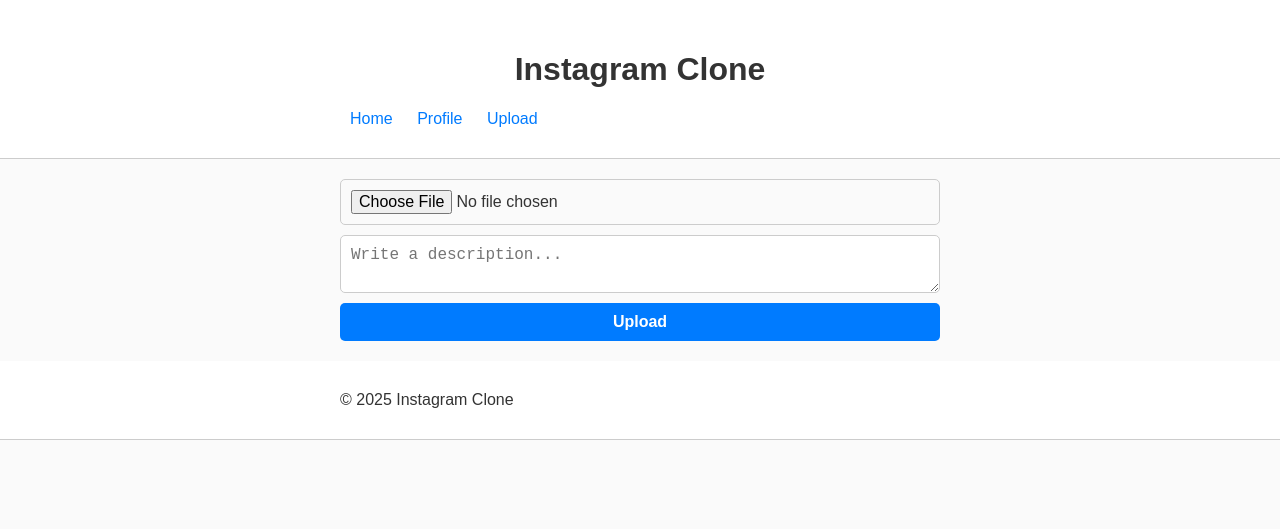
Repository: burhannaseer/CloudClips
Page: upload.html
These files come from the project's save history. The page is drawn as it stood at one moment and after the next save; the edit follows.
The browser window is 1280 px wide. The pictures show the whole page.

Above is the page before, as saved 2025-05-06 02:29:49.

### upload.html
<!DOCTYPE html>
<html lang="en">
<head>
  <meta charset="UTF-8">
  <meta name="viewport" content="width=device-width, initial-scale=1.0">
  <title>Instagram Clone - Upload</title>
  <link rel="stylesheet" href="styles.css">
</head>
<body>
  <header>
    <div class="container">
      <h1>Instagram Clone</h1>
      <nav>
        <a href="index.html">Home</a>
        <a href="profile.html">Profile</a>
        <a href="upload.html">Upload</a>
      </nav>
    </div>
  </header>

  <main class="container">
    <form id="uploadForm">
      <input type="file" id="imageInput" />
      <textarea id="descriptionInput" placeholder="Write a description..."></textarea>
      <button type="submit">Upload</button>
    </form>
  </main>

  <footer>
    <div class="container">&copy; 2025 Instagram Clone</div>
  </footer>

  <script src="script.js"></script>
</body>
</html>

### styles.css
body {
  font-family: Arial, sans-serif;
  margin: 0;
  padding: 0;
  background-color: #fafafa;
  color: #333;
}

.container {
  max-width: 600px;
  margin: auto;
  padding: 20px;
}

header, footer {
  background-color: #fff;
  border-bottom: 1px solid #ccc;
  padding: 10px 0;
}

nav a {
  margin: 0 10px;
  text-decoration: none;
  color: #007bff;
}

h1, h2 {
  text-align: center;
}

form {
  display: flex;
  flex-direction: column;
  gap: 10px;
}

input[type="text"],
input[type="email"],
input[type="password"],
input[type="file"],
textarea,
button {
  padding: 10px;
  font-size: 1rem;
  border: 1px solid #ccc;
  border-radius: 5px;
  width: 100%;
  box-sizing: border-box;
}

button {
  background-color: #007bff;
  color: white;
  border: none;
  cursor: pointer;
  font-weight: bold;
}

button:hover {
  background-color: #0056b3;
}

.feed .post {
  background: white;
  border: 1px solid #ccc;
  margin-bottom: 20px;
  padding: 10px;
  border-radius: 8px;
}

.post img, .post video {
  width: 100%;
  border-radius: 5px;
  margin-top: 10px;
}

.actions {
  display: flex;
  justify-content: space-around;
  margin-top: 10px;
  font-size: 1.2rem;
  cursor: pointer;
}

.actions span:hover {
  opacity: 0.7;
}

/* Sign In / Sign Up Forms */
form#signinForm, form#signupForm {
  background-color: #fff;
  padding: 20px;
  border: 1px solid #ccc;
  border-radius: 10px;
  max-width: 400px;
  margin: 40px auto;
}

form#signinForm p,
form#signupForm p {
  text-align: center;
}

form#signinForm a,
form#signupForm a {
  color: #007bff;
  text-decoration: none;
}

form#signinForm a:hover,
form#signupForm a:hover {
  text-decoration: underline;
}

### script.js
const form = document.getElementById('uploadForm');
if (form) {
  form.addEventListener('submit', function(e) {
    e.preventDefault();
    const title = document.getElementById('titleInput').value;
    const imageInput = document.getElementById('imageInput');
    const descriptionInput = document.getElementById('descriptionInput');
    const file = imageInput.files[0];
    const reader = new FileReader();
    reader.onload = function() {
      const post = {
        title,
        image: reader.result,
        description: descriptionInput.value,
        likes: 0
      };
      const posts = JSON.parse(localStorage.getItem('posts')) || [];
      posts.unshift(post);
      localStorage.setItem('posts', JSON.stringify(posts));
      alert('Post uploaded!');
    };
    if (file) {
      reader.readAsDataURL(file);
    }
  });
}

function renderPosts(containerId) {
  const container = document.getElementById(containerId);
  if (!container) return;
  const posts = JSON.parse(localStorage.getItem('posts')) || [];
  posts.forEach((post, index) => {
    const div = document.createElement('div');
    div.className = 'post';
    div.innerHTML = `
      <h3>${post.title || 'Untitled'}</h3>
      <img src="${post.image}" alt="">
      <p>${post.description}</p>
      <div class="actions">
        <span onclick="likePost(${index})">❤️ ${post.likes}</span>
        <span>🔗</span>
        <span>💾</span>
      </div>
    `;
    container.appendChild(div);
  });
}

function likePost(index) {
  const posts = JSON.parse(localStorage.getItem('posts')) || [];
  posts[index].likes++;
  localStorage.setItem('posts', JSON.stringify(posts));
  location.reload();
}

renderPosts('feed');
renderPosts('myPosts');

After the next save:
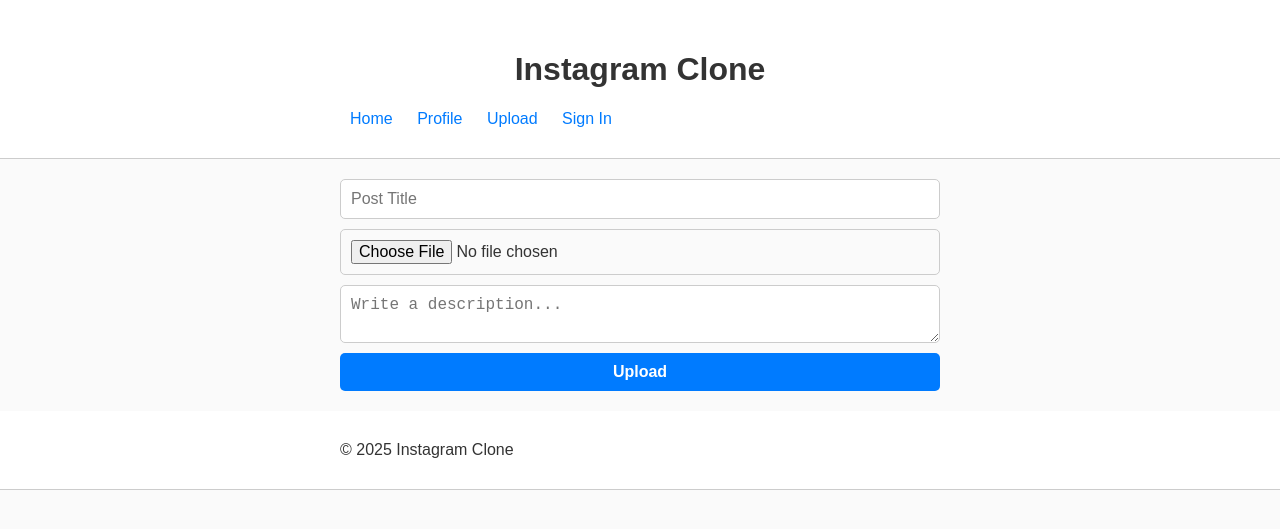
Saved 10 s later.
--- a/upload.html
+++ b/upload.html
@@ -14,14 +14,16 @@
         <a href="index.html">Home</a>
         <a href="profile.html">Profile</a>
         <a href="upload.html">Upload</a>
+        <a href="signin.html">Sign In</a>
       </nav>
     </div>
   </header>
 
   <main class="container">
     <form id="uploadForm">
-      <input type="file" id="imageInput" />
-      <textarea id="descriptionInput" placeholder="Write a description..."></textarea>
+      <input type="text" id="titleInput" placeholder="Post Title" required />
+      <input type="file" id="mediaInput" accept="image/*,video/*" required />
+      <textarea id="descriptionInput" placeholder="Write a description..." required></textarea>
       <button type="submit">Upload</button>
     </form>
   </main>
